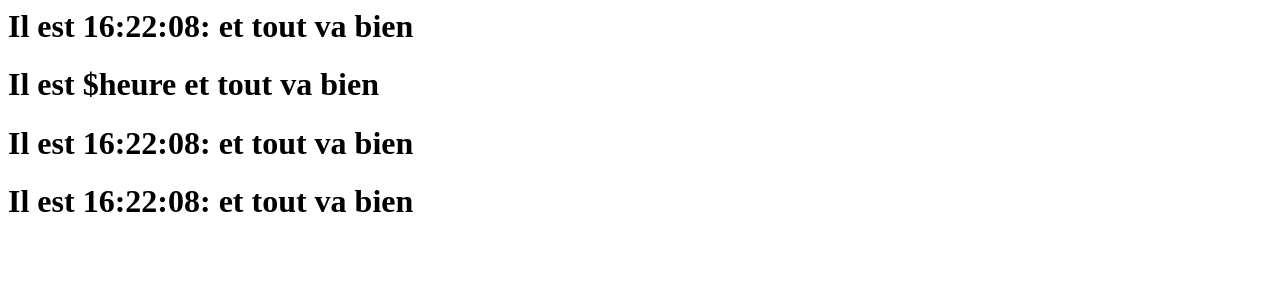
Repository: QuentinFayt/base-php-2021
Page: http://localhost/ouverture php+heure du serveur_exercice.php
The author's editor kept a copy of each file at every save. The page is drawn from the files as they stood at one save, then again after the next save.
The browser window is 1280 px wide. The pictures show the whole page.
The page is run by PHP 8.4 with error messages shown; the project is at /var/www/html/.

Above is the page before, as saved 2021-07-05 14:43:45.

### ouverture php+heure du serveur_exercice.php
<?php

$heure = date("H:i:s:");

echo "<h1>Il est $heure et tout va bien</h1>";
echo '<h1>Il est $heure et tout va bien</h1>';
echo '<h1>Il est '.$heure.' et tout va bien</h1>';
echo '<h1>Il est ',$heure,' et tout va bien</h1>';

After the next save:
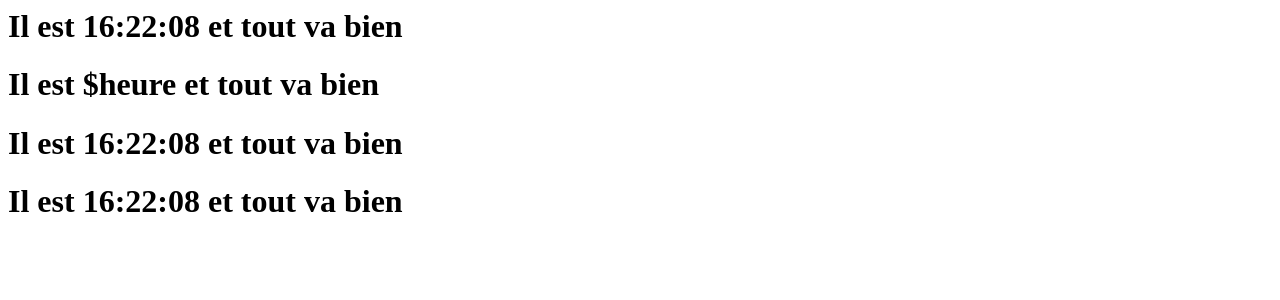
Saved 7 s later.
--- a/ouverture php+heure du serveur_exercice.php
+++ b/ouverture php+heure du serveur_exercice.php
@@ -1,6 +1,6 @@
 <?php
 
-$heure = date("H:i:s:");
+$heure = date("H:i:s");
 
 echo "<h1>Il est $heure et tout va bien</h1>";
 echo '<h1>Il est $heure et tout va bien</h1>';
